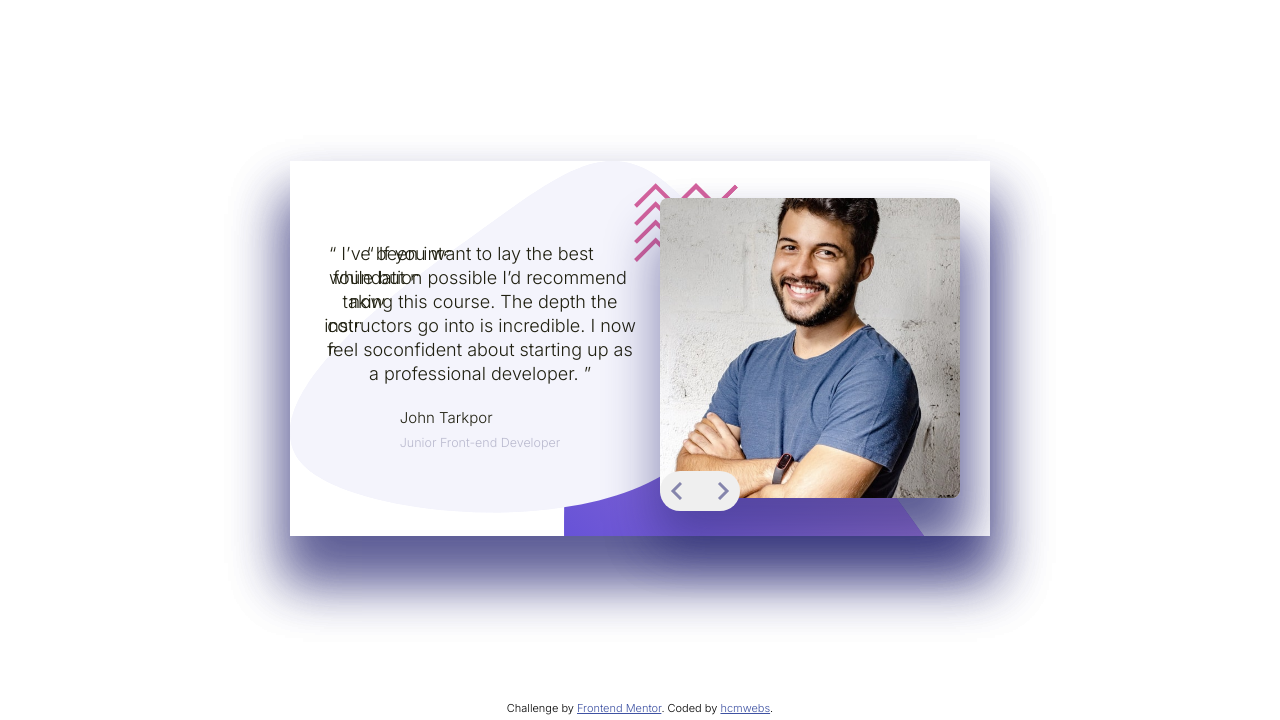
Repository: Hcmwebs/Coding-Bootcamp-Testimonials
Page: index.html
An editor plug-in stored every save of this project. The page is shown before and after the next save, followed by the edit.
The browser window is 1280 px wide. The pictures show the whole page.
The style sheet was rebuilt from its Sass, Less or Tailwind sources for each picture, by a compiler version that may differ from the author's.

Above is the page before, as saved 2020-10-31 07:08:49.

After the next save:
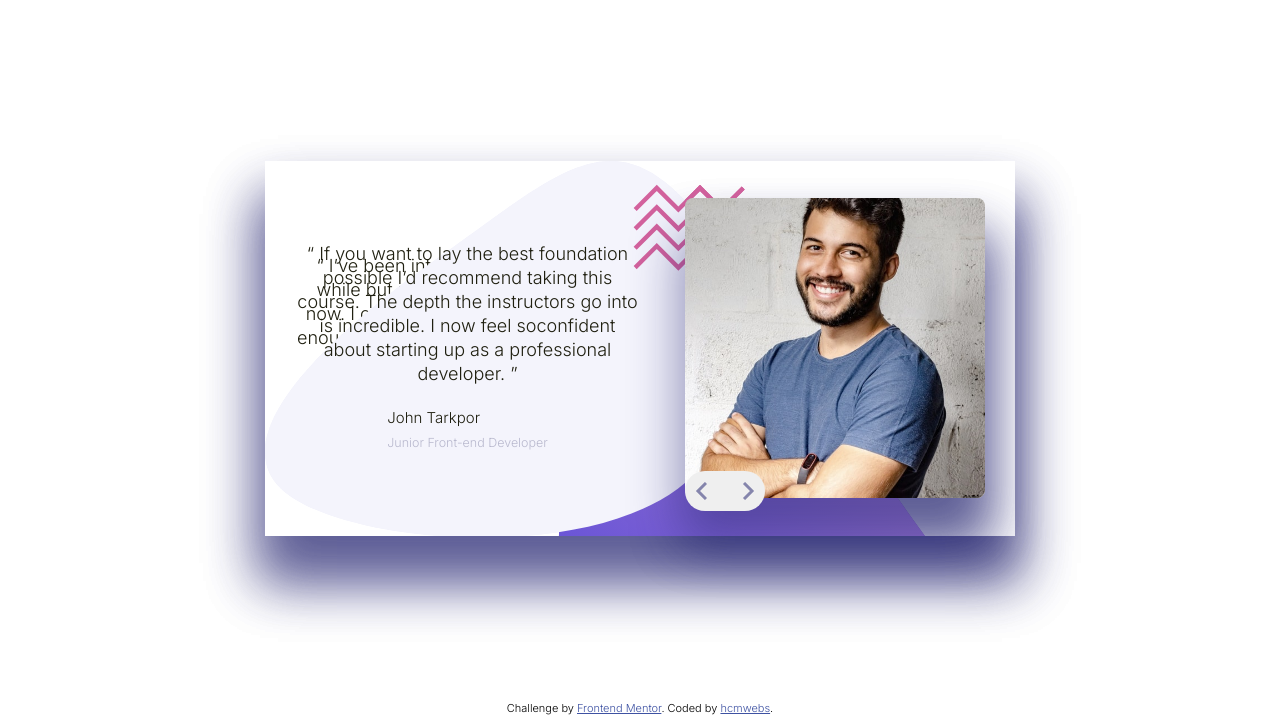
Saved 7 s later.
--- a/scss/main.scss
+++ b/scss/main.scss
@@ -156,7 +156,7 @@ body{
   }
   .card{
     height: 375px;
-    width: 700px;
+    width: 750px;
     flex-direction: row-reverse;
     background-size: cover;
 
